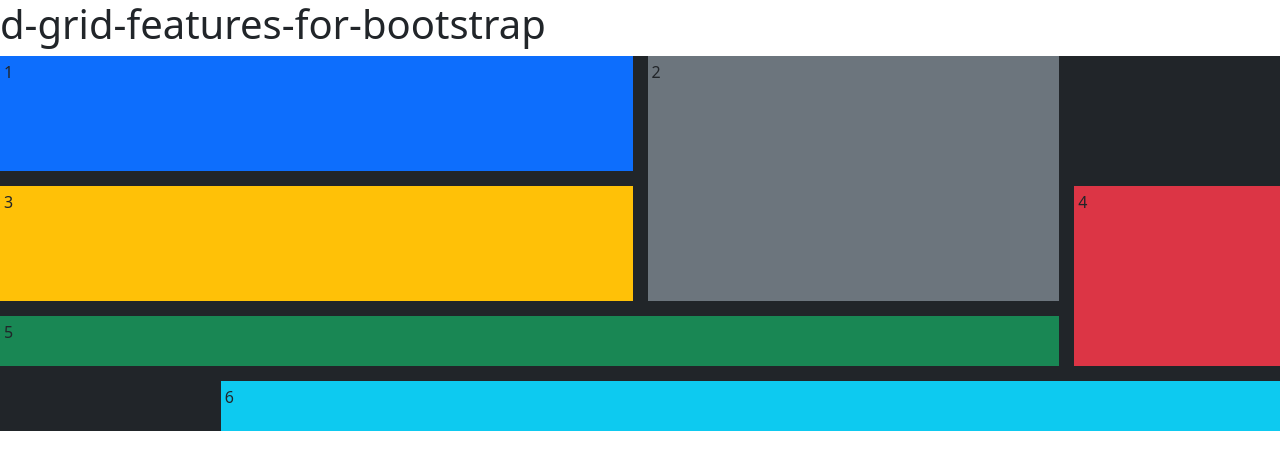
Repository: LynxPardelle/d-grid-features-for-bootstrap
Page: index.html
The author's editor kept a copy of each file at every save. The page is drawn from the files as they stood at one save, then again after the next save.
The browser window is 1280 px wide. The pictures show the whole page.

Above is the page before, as saved 2021-10-20 04:46:40.

After the next save:
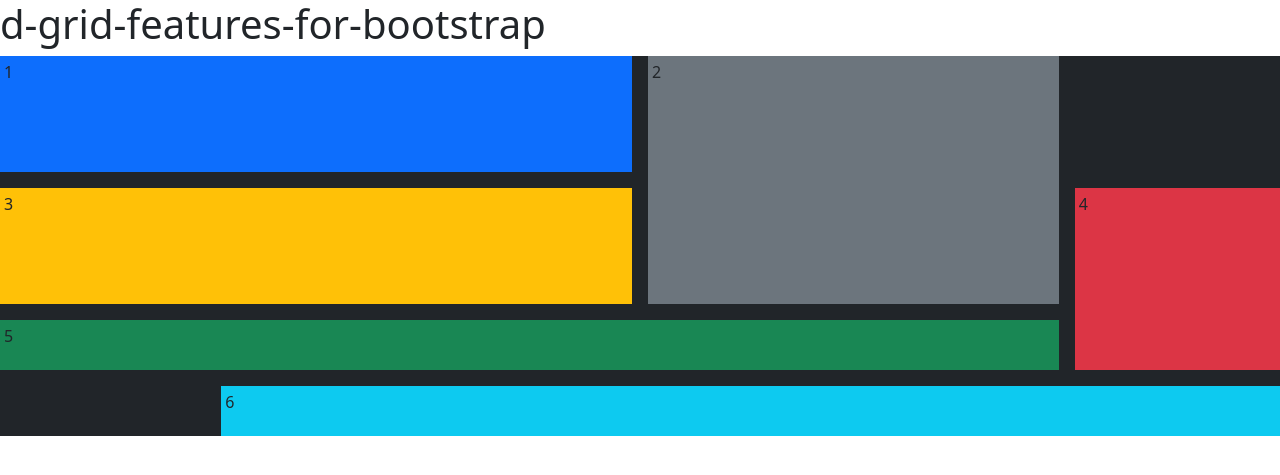
Saved 20 s later.
--- a/index.html
+++ b/index.html
@@ -20,8 +20,8 @@
       [row5-start] "e e e d" 50px [row5-end]
       [row6-start] ". f f f" 50px [row6-end]
       / 1fr 2fr 2fr 1fr'
-      data-gfbs-cg="15px"
-      data-gfbs-rg="15px"
+      data-gfbs-cg="1rem"
+      data-gfbs-rg="1rem"
       >
     <div data-gfbs data-gfbs-ga="a" class="grid-element bg-primary p-1">
       1
